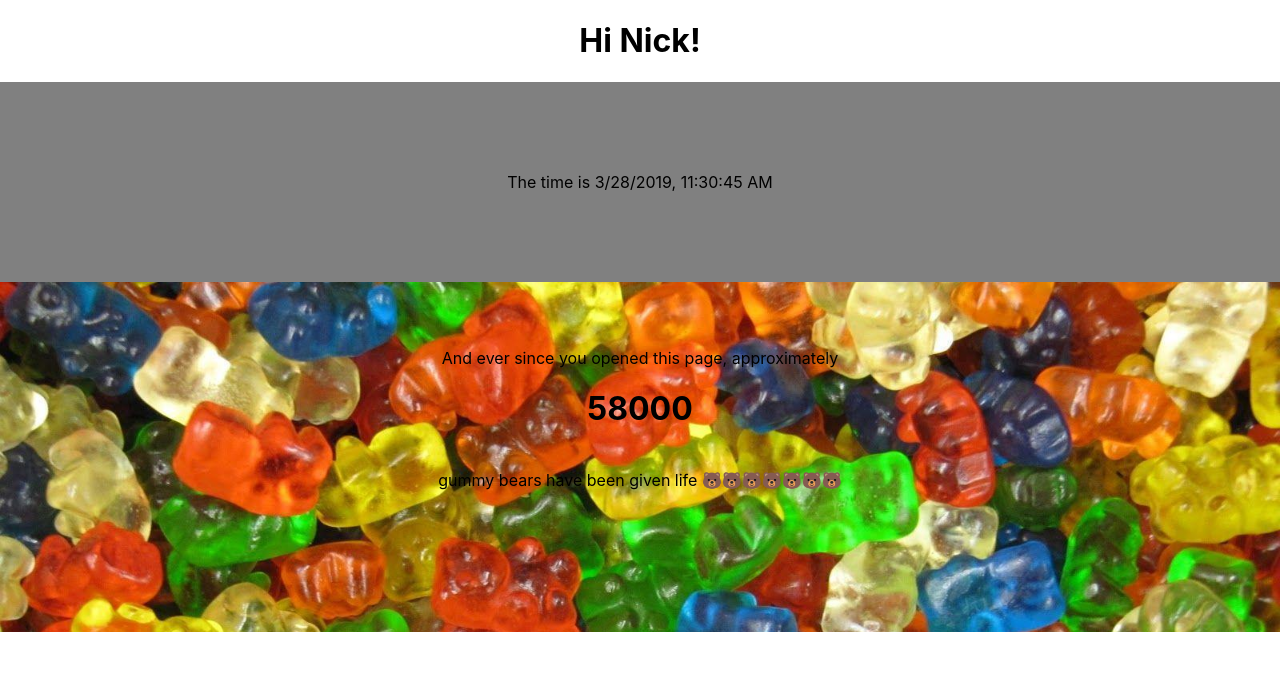
Repository: crispinonicky/gummy-facts
Page: /
The author's editor kept a copy of each file at every save. The page is drawn from the files as they stood at one save, then again after the next save.
The browser window is 1280 px wide. The pictures show the whole page.
The project was rebuilt for these pictures with package versions that can differ from the ones it lists, and the page was loaded fresh each time.

Above is the page before, as saved 2019-03-28 15:34:08.

After the next save:
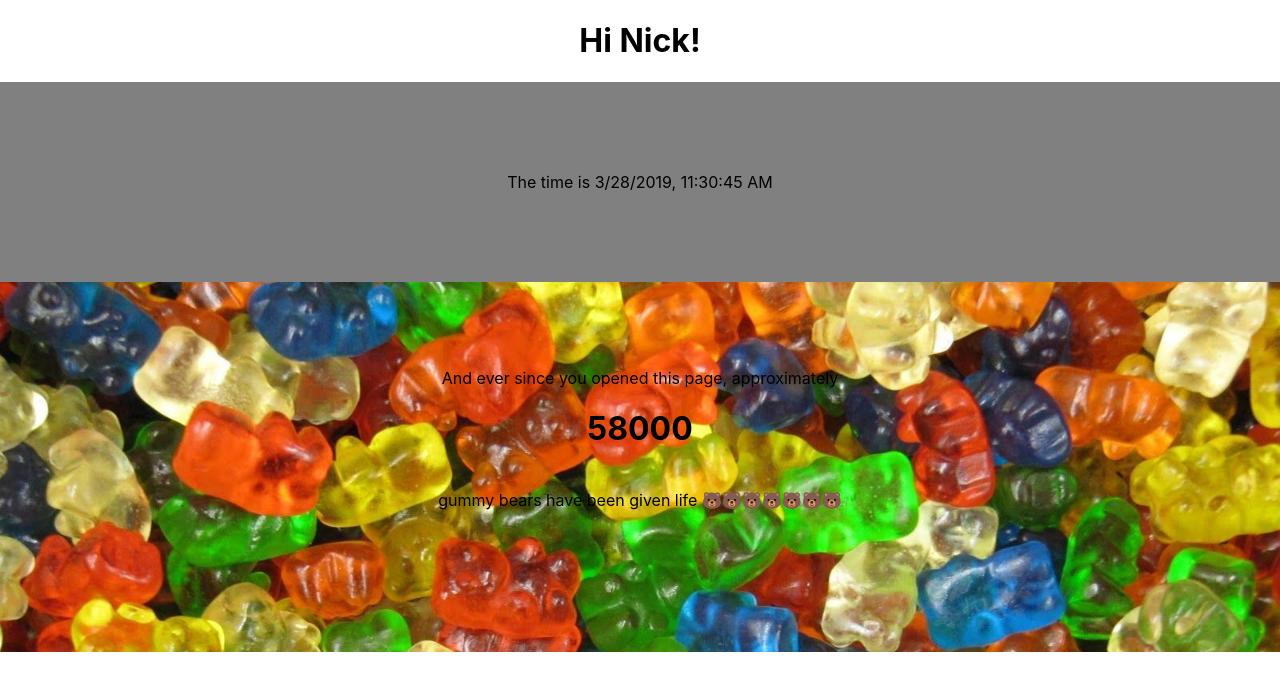
Saved 5 s later.
--- a/src/App.css
+++ b/src/App.css
@@ -18,7 +18,7 @@
   height: 300px;
   background: url('./images/gummy\ bears.jpg');
   background-size: cover;
-  padding-top: 50px;
+  padding-top: 70px;
 
 }
 
